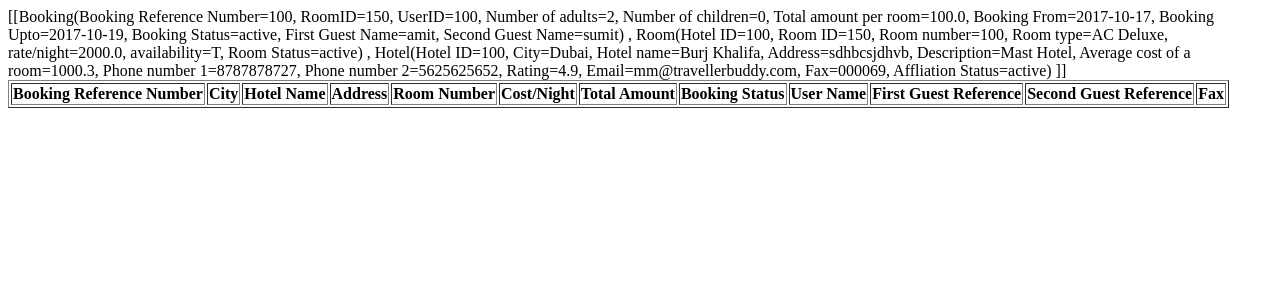
Repository: dishangjain/SpringProject
Page: http://localhost/HotelBookingManagementSystem/JSPs/BookingStatus.jsp
These files come from the project's save history. The page is drawn as it stood at one moment and after the next save; the edit follows.
The browser window is 1280 px wide. The pictures show the whole page.
The page is served by Tomcat 9. Nobody is signed in. The application's start-up code is not run. The template is opened directly, without the code that normally fills it, so the values that code supplies are empty.

Above is the page before, as saved 2017-10-16 05:45:45.

After the next save:
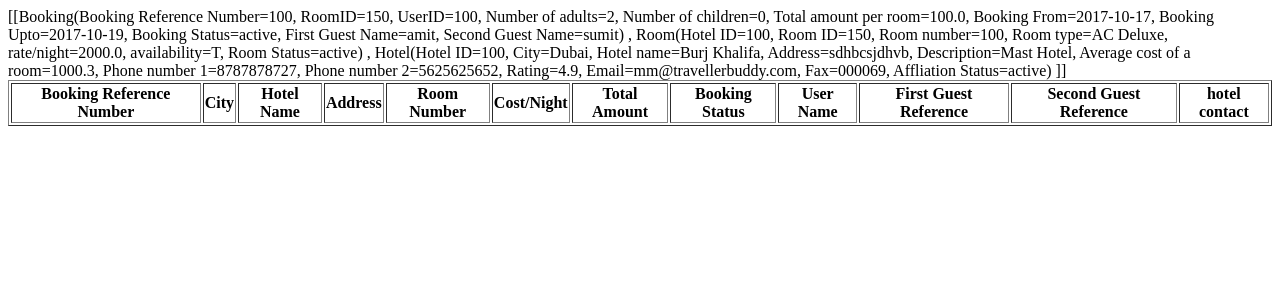
Saved 20 s later.
--- a/HotelBookingManagementSystem/WebContent/JSPs/BookingStatus.jsp
+++ b/HotelBookingManagementSystem/WebContent/JSPs/BookingStatus.jsp
@@ -33,7 +33,7 @@
 				<th>User Name</th>
 				<th>First Guest Reference</th>
 				<th>Second Guest Reference</th>
-				<th>Fax</th>
+				<th>hotel contact</th>
 			</tr>
 			<c:forEach items="${hotelList }" var="hotel">
 				<tr>
